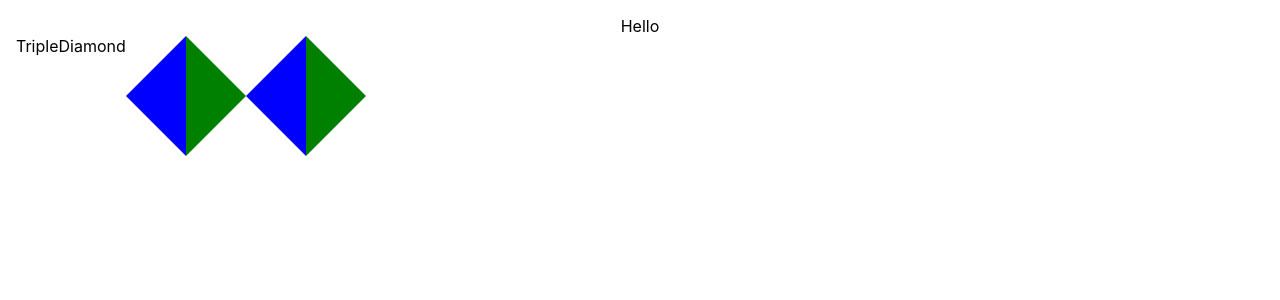
Repository: YingCG/interaction-design
Page: /
An editor plug-in stored every save of this project. The page is shown before and after the next save, followed by the edit.
The browser window is 1280 px wide. The pictures show the whole page.
The project was rebuilt for these pictures with package versions that can differ from the ones it lists, and the page was loaded fresh each time.

Above is the page before, as saved 2023-09-07 10:10:10.

After the next save:
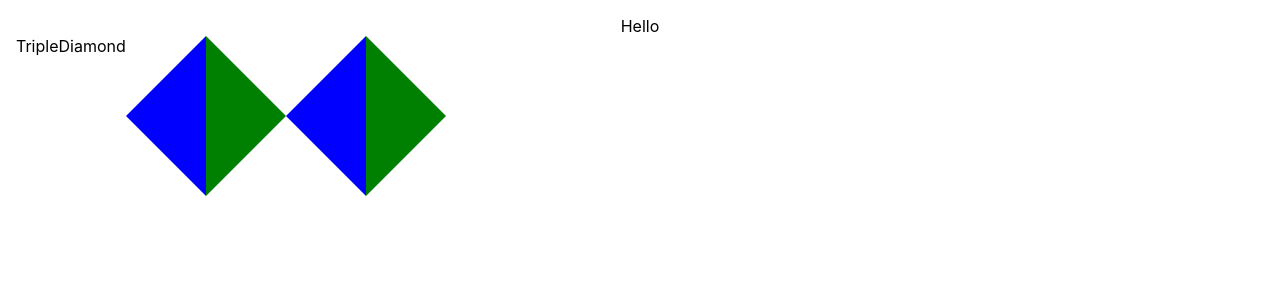
Saved 29 s later.
--- a/src/App.css
+++ b/src/App.css
@@ -6,19 +6,19 @@
 .arrow-right {
   width: 0;
   height: 0;
-  border-top: 60px solid transparent;
-  border-bottom: 60px solid transparent;
+  border-top: 5rem solid transparent;
+  border-bottom: 5rem solid transparent;
 
-  border-left: 60px solid green;
+  border-left: 5rem solid green;
 }
 
 .arrow-left {
   width: 0;
   height: 0;
-  border-top: 60px solid transparent;
-  border-bottom: 60px solid transparent;
+  border-top: 5rem solid transparent;
+  border-bottom: 5rem solid transparent;
 
-  border-right: 60px solid blue;
+  border-right: 5rem solid blue;
 }
 
 .container {
